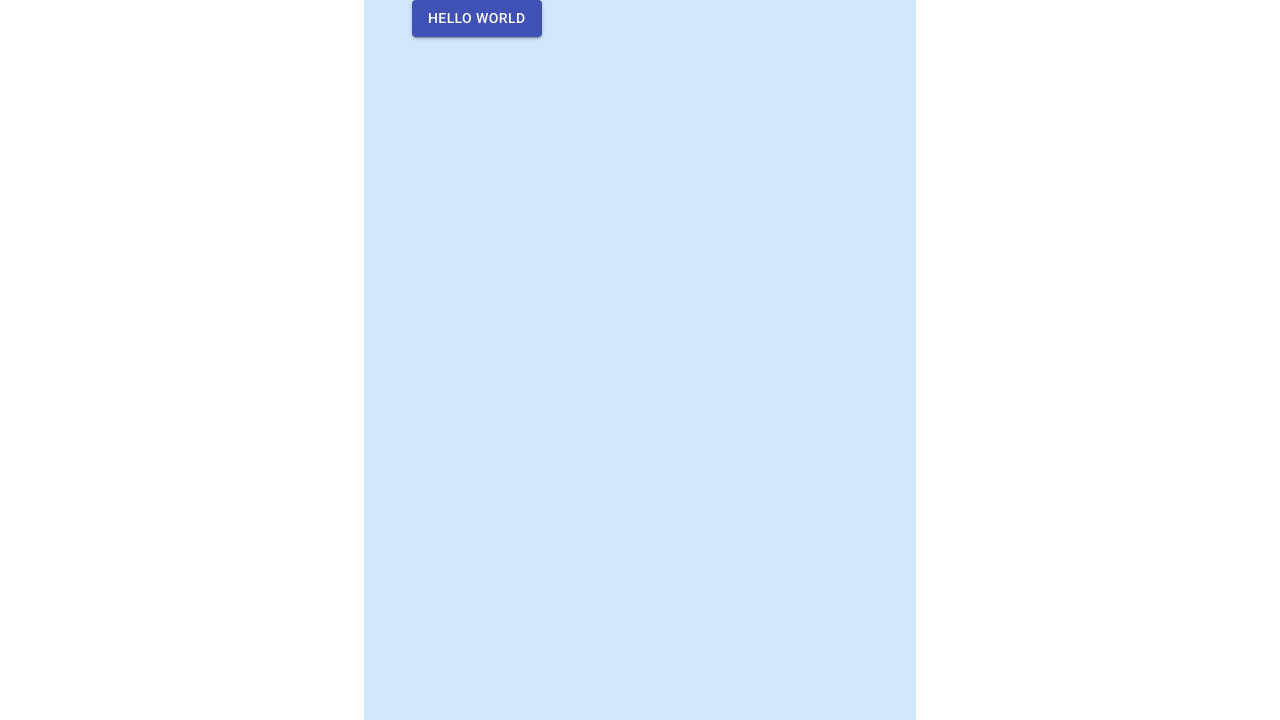
Repository: cherguiyacine/gitHubSearch
Page: /
An editor plug-in stored every save of this project. The page is shown before and after the next save, followed by the edit.
The browser window is 1280 px wide. The pictures show the whole page.
The project was rebuilt for these pictures with package versions that can differ from the ones it lists, and the page was loaded fresh each time. Also part of the build but not shown: src/Component/Layout/Navbar.js, src/Component/Users/UserItem.js, src/Component/Layout/Spinner.js, src/Component/Users/Users.js, src/Component/Users/Search.js, src/App.js.

Above is the page before, as saved 2019-11-21 23:26:56.

After the next save:
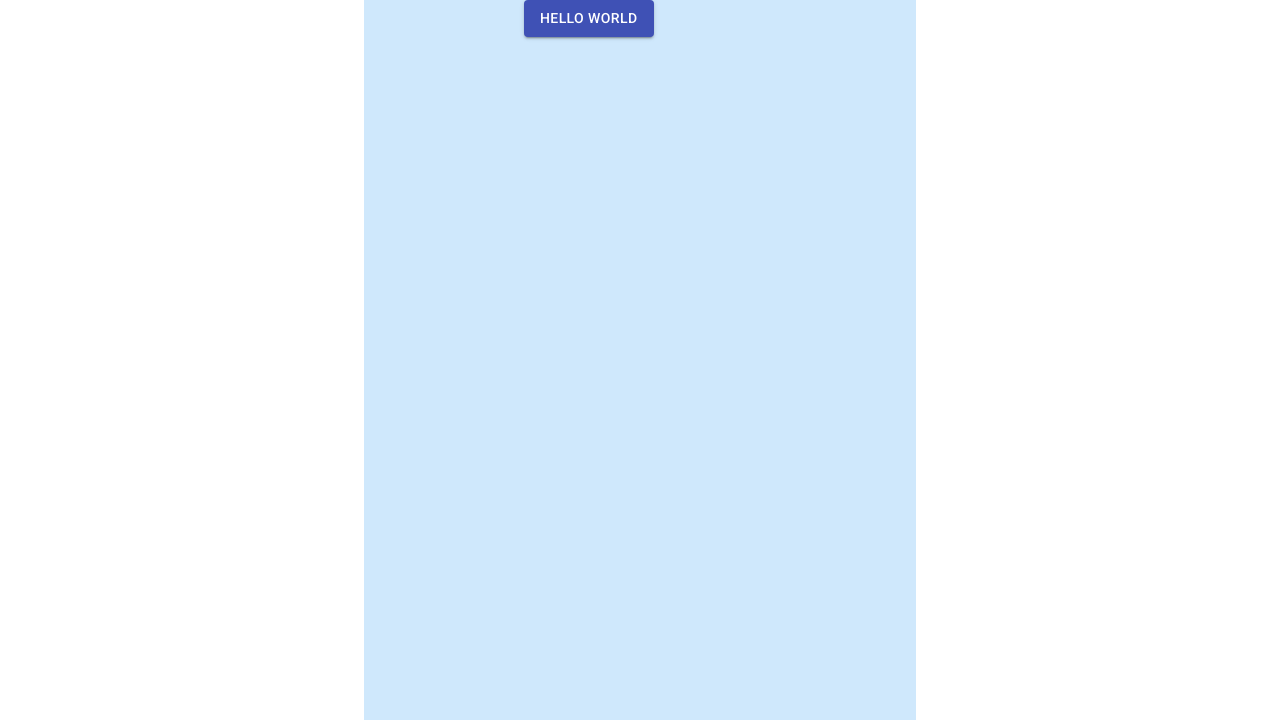
Saved 7 s later.
--- a/src/Authentification.js
+++ b/src/Authentification.js
@@ -19,7 +19,7 @@ export class Authentification extends Component {
             component='div'
             style={{ backgroundColor: "#cfe8fc", height: "100vh" }}
           >
-            <Box component='span' m={6}>
+            <Box component='span' m={20}>
               <Button variant='contained' color='primary'>
                 Hello World
               </Button>
